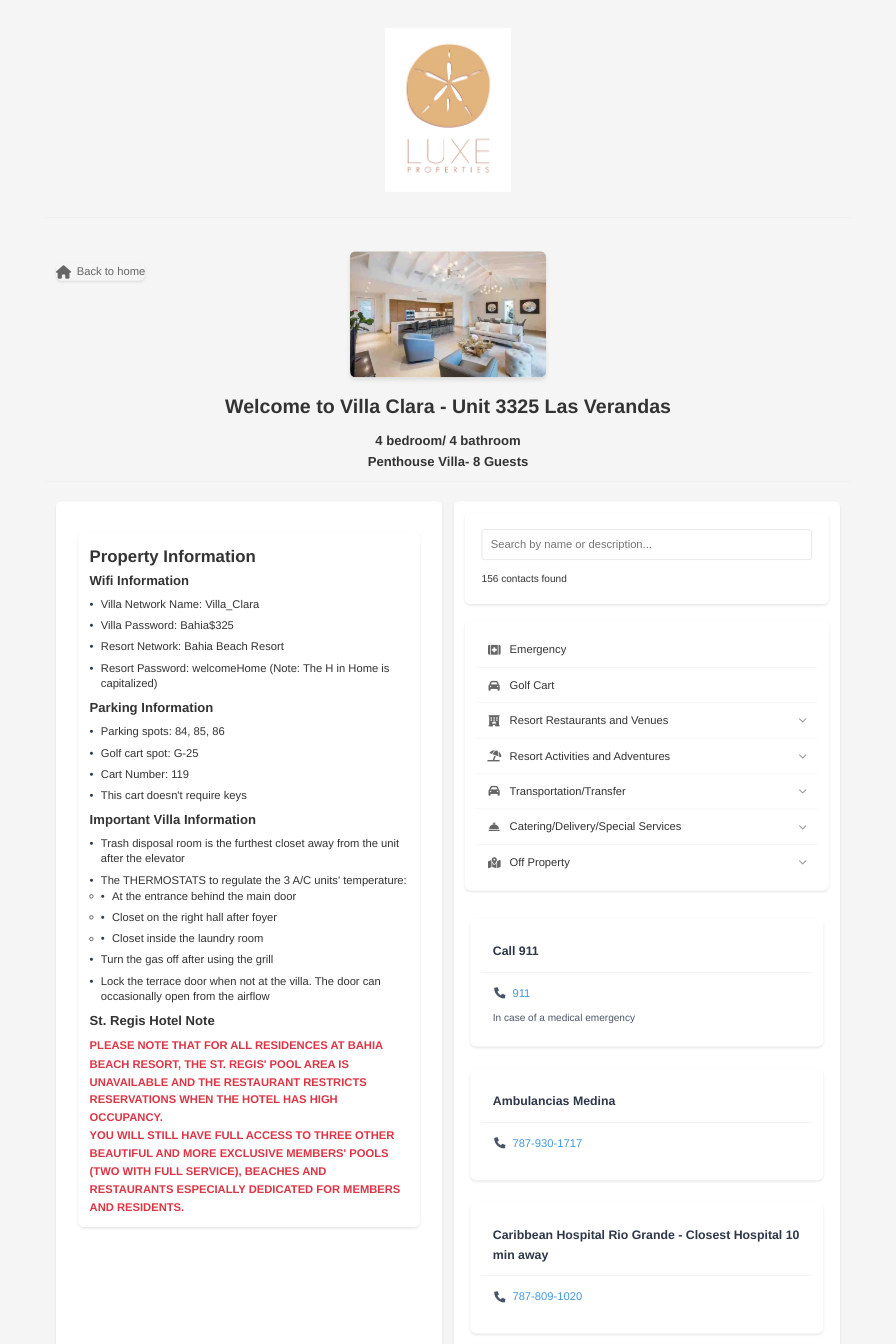
Repository: chvg1968/luxephonebook
Page: public/pages/villaclara.html
The author's editor kept a copy of each file at every save. The page is drawn from the files as they stood at one save, then again after the next save.
The browser window is 1280 px wide. The pictures show the part of the page from y = 0 to 1920 px (the page is 33073 px tall), at 70% of full size.

Above is the page before, as saved 2025-01-23 22:00:26.

After the next save:
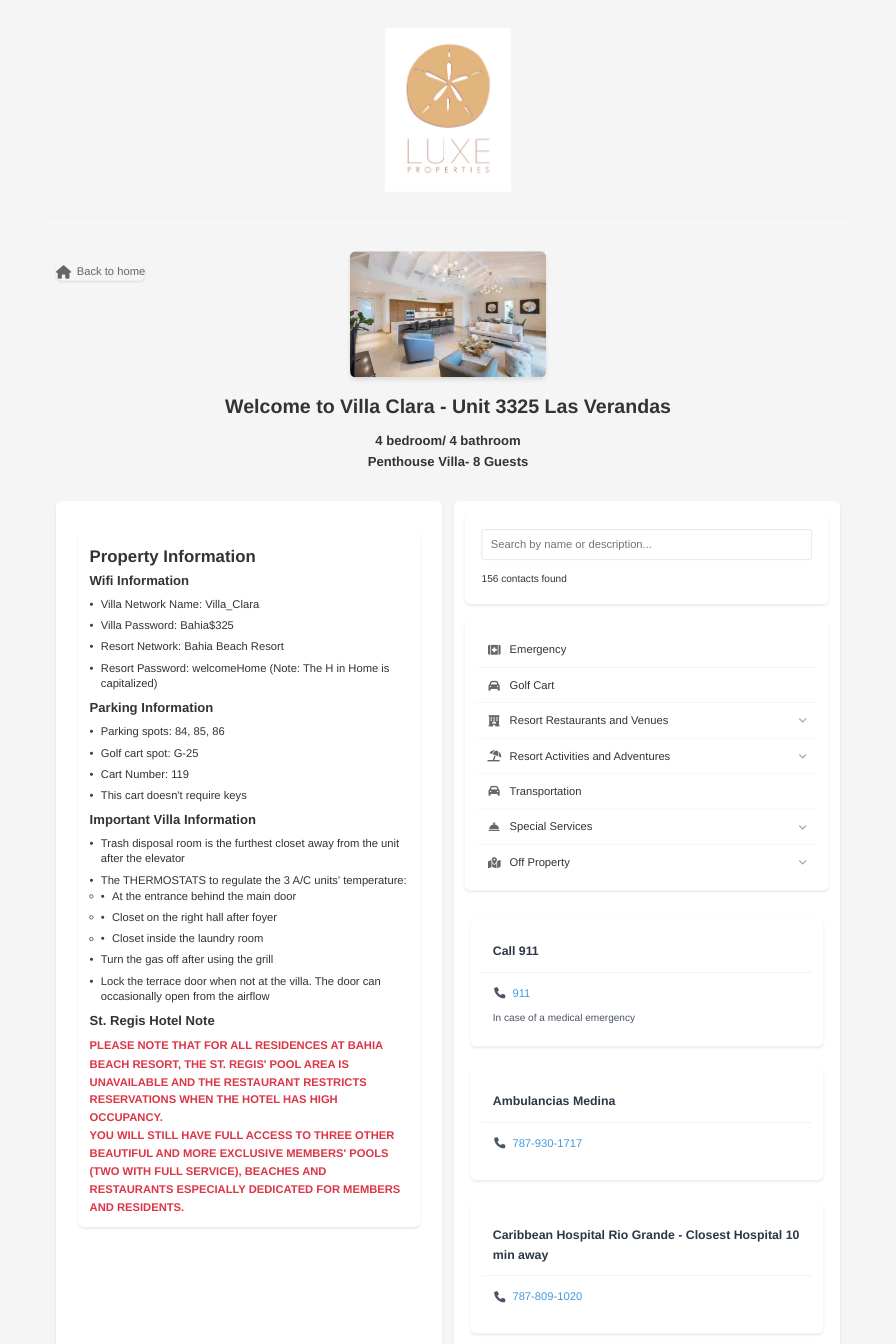
Saved 2 min 39 s later.
--- a/public/js/components/CategoryTree.js
+++ b/public/js/components/CategoryTree.js
@@ -21,12 +21,12 @@
     render() {
         const categoryList = [
             {
-                id: 'Emergency Services',
+                id: 'Emergency',
                 name: 'Emergency',
                 icon: 'fa-kit-medical'
             },
             {
-                id: 'Golf Cart Services',
+                id: 'Golf Cart',
                 name: 'Golf Cart',
                 icon: 'fa-car'
             },
@@ -35,11 +35,11 @@
                 name: 'Resort Restaurants and Venues',
                 icon: 'fa-hotel',
                 subCategories: [
-                    { id: 'Hotel Services', name: 'Hotel', icon: 'fa-hotel' },
-                    { id: 'Spa Services', name: 'Spa', icon: 'fa-spa' },
-                    { id: 'Wellness Services', name: 'Wellness Center', icon: 'fa-heart' },
-                    { id: 'Bar Services', name: 'Bar', icon: 'fa-glass-martini-alt' },
-                    { id: 'Restaurant Services', name: 'Restaurant', icon: 'fa-utensils' }
+                    { id: 'Hotel', name: 'Hotel', icon: 'fa-hotel' },
+                    { id: 'Spa', name: 'Spa', icon: 'fa-spa' },
+                    { id: 'Wellness Center', name: 'Wellness Center', icon: 'fa-heart' },
+                    { id: 'Bar', name: 'Bar', icon: 'fa-glass-martini-alt' },
+                    { id: 'Restaurant', name: 'Restaurant', icon: 'fa-utensils' }
                 ]
             },
             {
@@ -47,34 +47,31 @@
                 name: 'Resort Activities and Adventures',
                 icon: 'fa-umbrella-beach',
                 subCategories: [
-                    { id: 'Scuba Services', name: 'Scuba Diving Tours', icon: 'fa-water' },
-                    { id: 'Aqua Services', name: 'Aqua Tours', icon: 'fa-ship' },
-                    { id: 'Tour Services', name: 'Tours', icon: 'fa-map-marked-alt' },
-                    { id: 'Activity Reservations', name: 'Activities Reservations', icon: 'fa-calendar-check' },
-                    { id: 'Tennis Services', name: 'Tennis Reservations', icon: 'fa-tennis-ball' },
-                    { id: 'Wellness Services', name: 'Wellness Center', icon: 'fa-heart' },
-                    { id: 'Concierge Services', name: 'Concierge', icon: 'fa-concierge-bell' }
+                    { id: 'Scuba Diving Tours', name: 'Scuba Diving Tours', icon: 'fa-water' },
+                    { id: 'Aqua Tours', name: 'Aqua Tours', icon: 'fa-ship' },
+                    { id: 'Tours', name: 'Tours', icon: 'fa-map-marked-alt' },
+                    { id: 'Activities Reservations', name: 'Activities Reservations', icon: 'fa-calendar-check' },
+                    { id: 'Tennis Reservations', name: 'Tennis Reservations', icon: 'fa-tennis-ball' },
+                    { id: 'Wellness Center', name: 'Wellness Center', icon: 'fa-heart' },
+                    { id: 'Concierge', name: 'Concierge', icon: 'fa-concierge-bell' }
                 ]
             },
             {
-                id: 'Transportation Services',
-                name: 'Transportation/Transfer',
-                icon: 'fa-car',
-                subCategories: [
-                    { id: 'Transportation Services', name: 'Transportation', icon: 'fa-car' }
-                ]
+                id: 'Transportation',
+                name: 'Transportation',
+                icon: 'fa-car'
             },
             {
                 id: 'Special Services',
-                name: 'Catering/Delivery/Special Services',
+                name: 'Special Services',
                 icon: 'fa-concierge-bell',
                 subCategories: [
                     { id: 'Nanny Services', name: 'Nanny Services', icon: 'fa-baby' },
-                    { id: 'Photography Services', name: 'Professional Photography', icon: 'fa-camera' },
-                    { id: 'Personal Care Services', name: 'Personal Care and Fitness', icon: 'fa-heart' },
-                    { id: 'Kids Club Services', name: 'Kid\'s Club', icon: 'fa-child' },
-                    { id: 'Chef Services', name: 'Personal Chefs', icon: 'fa-utensils' },
-                    { id: 'Catering Services', name: 'Pre-Made Meals and Catering', icon: 'fa-hamburger' },
+                    { id: 'Professional Photography', name: 'Professional Photography', icon: 'fa-camera' },
+                    { id: 'Personal Care and Fitness', name: 'Personal Care and Fitness', icon: 'fa-heart' },
+                    { id: "Kid's Club", name: "Kid's Club", icon: 'fa-child' },
+                    { id: 'Personal Chefs', name: 'Personal Chefs', icon: 'fa-utensils' },
+                    { id: 'Pre-Made Meals and Catering', name: 'Pre-Made Meals and Catering', icon: 'fa-hamburger' },
                     { id: 'Delivery Services', name: 'Delivery Services', icon: 'fa-shopping-cart' },
                     { id: 'Butler Services', name: 'Butler Services', icon: 'fa-user-tie' },
                     { id: 'Concierge Services', name: 'Concierge Services', icon: 'fa-concierge-bell' }
@@ -85,9 +82,9 @@
                 name: 'Off Property',
                 icon: 'fa-map-location-dot',
                 subCategories: [
-                    { id: 'Tour Services', name: 'Tours/Places to Visit', icon: 'fa-map-marked-alt' },
-                    { id: 'Shopping Services', name: 'Shopping', icon: 'fa-shopping-bag' },
-                    { id: 'Restaurant Services', name: 'Restaurants', icon: 'fa-utensils' }
+                    { id: 'Tours', name: 'Tours/Places to Visit', icon: 'fa-map-marked-alt' },
+                    { id: 'Shopping', name: 'Shopping', icon: 'fa-shopping-bag' },
+                    { id: 'Restaurant', name: 'Restaurants', icon: 'fa-utensils' }
                 ]
             }
         ];
